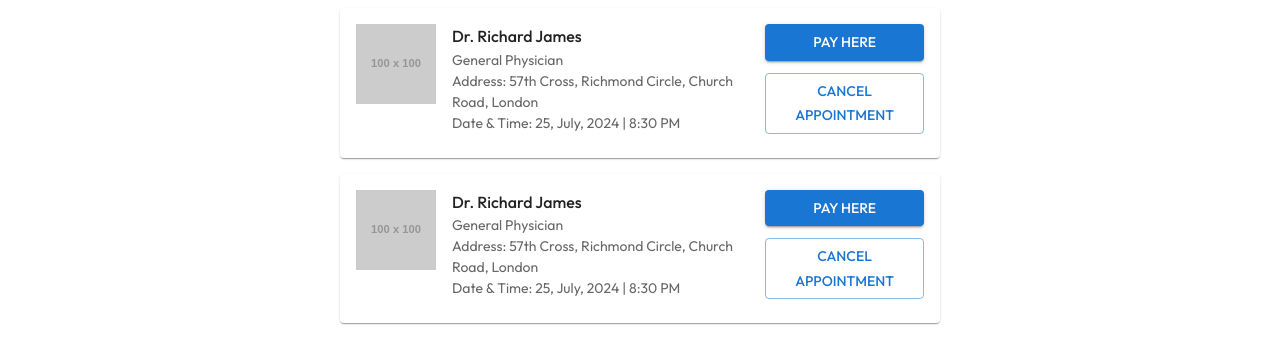
Repository: Ali-Dmerdash/DEPI_GRAD
Page: /
These files come from the project's save history. The page is drawn as it stood at one moment and after the next save; the edit follows.
The browser window is 1280 px wide. The pictures show the whole page.
The project was rebuilt for these pictures with package versions that can differ from the ones it lists, and the page was loaded fresh each time. Also part of the build but not shown: vite.config.ts.

Above is the page before, as saved 2024-10-08 20:36:51.

### src/App.tsx
import "./App.css";
import "react-router-dom";
import { library } from "@fortawesome/fontawesome-svg-core";
import { fab } from "@fortawesome/free-brands-svg-icons";
import { fas } from "@fortawesome/free-solid-svg-icons";
import { far } from "@fortawesome/free-regular-svg-icons";
import Myappointment from "./pages/myappointment";

function App() {
  return (
    <>
      <Myappointment />
    </>
  );
}

export default App;
library.add(fab, fas, far);

### src/index.css
@import url("https://fonts.googleapis.com/css2?family=Outfit:wght@100..900&display=swap");

body {
  font-family: "Outfit", sans-serif;
  color: var(--text-color);
}

:root {
  --primary-color: #07456f;
  --secondary-color: #009f9d;
  --text-color: #0f0a3c;
  --card-button-color: #ace6f6;
  --border-color: #adadad;
}

### src/App.css
@import "./App.css";

body {
  color: var(--text-color);
}

### src/pages/myappointment/index.tsx
import React from "react";
import { Box, Card, CardContent, Typography, Button } from "@mui/material";

const MyAppointment: React.FC = () => {
  return (
    <Box sx={{ maxWidth: 600, margin: "0 auto" }}>
      <Card sx={{ marginBottom: 2 }}>
        <CardContent>
          <Box display="flex" alignItems="flex-start">
            <img
              src="https://via.placeholder.com/100"
              alt="Doctor"
              style={{ width: "80px", height: "80px", marginRight: "16px" }}
            />
            <Box flexGrow={1}>
              <Typography variant="h6" fontSize="16px">
                Dr. Richard James
              </Typography>
              <Typography color="textSecondary" fontSize="14px">
                General Physician
              </Typography>
              <Typography color="textSecondary" fontSize="14px">
                Address: 57th Cross, Richmond Circle, Church Road, London
              </Typography>
              <Typography color="textSecondary" fontSize="14px">
                Date & Time: 25, July, 2024 | 8:30 PM
              </Typography>
            </Box>
            <Box
              display="flex"
              flexDirection="column"
              justifyContent="flex-end"
            >
              <Button variant="contained" color="primary">
                Pay here
              </Button>
              <Button
                variant="outlined"
                color="primary"
                sx={{ marginTop: 1.5 }}
              >
                Cancel appointment
              </Button>
            </Box>
          </Box>
        </CardContent>
      </Card>

      <Card>
        <CardContent>
          <Box display="flex" alignItems="flex-start">
            <img
              src="https://via.placeholder.com/100"
              alt="Doctor"
              style={{ width: "80px", height: "80px", marginRight: "16px" }}
            />
            <Box flexGrow={1}>
              <Typography variant="h6" fontSize="16px">
                Dr. Richard James
              </Typography>
              <Typography color="textSecondary" fontSize="14px">
                General Physician
              </Typography>
              <Typography color="textSecondary" fontSize="14px">
                Address: 57th Cross, Richmond Circle, Church Road, London
              </Typography>
              <Typography color="textSecondary" fontSize="14px">
                Date & Time: 25, July, 2024 | 8:30 PM
              </Typography>
            </Box>
            <Box
              display="flex"
              flexDirection="column"
              justifyContent="flex-end"
            >
              <Button variant="contained" color="primary">
                Pay here
              </Button>
              <Button
                variant="outlined"
                color="primary"
                sx={{ marginTop: 1.5 }}
              >
                Cancel appointment
              </Button>
            </Box>
          </Box>
        </CardContent>
      </Card>
    </Box>
  );
};

export default MyAppointment;

Loaded but not shown: index.html (common file); src/main.tsx (common file)

After the next save:
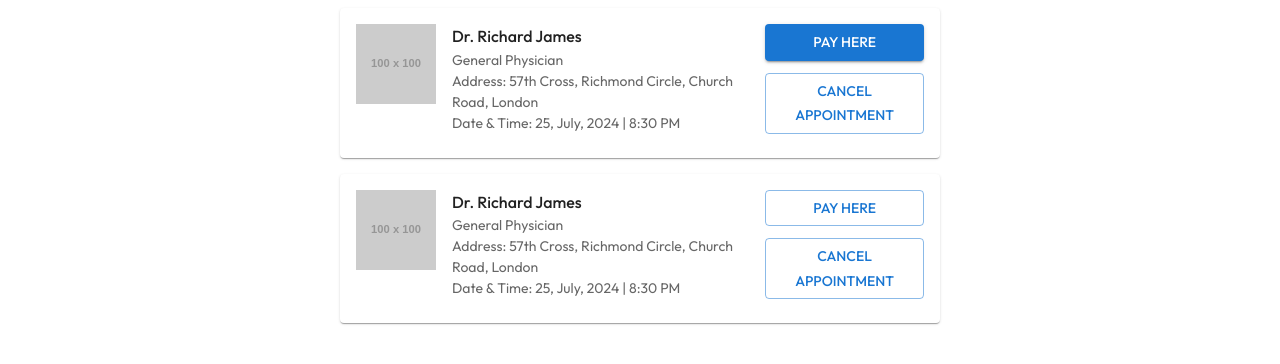
Saved 2 min 22 s later.
--- a/src/pages/myappointment/index.tsx
+++ b/src/pages/myappointment/index.tsx
@@ -73,7 +73,7 @@ const MyAppointment: React.FC = () => {
               flexDirection="column"
               justifyContent="flex-end"
             >
-              <Button variant="contained" color="primary">
+              <Button variant="outlined" color="primary">
                 Pay here
               </Button>
               <Button
